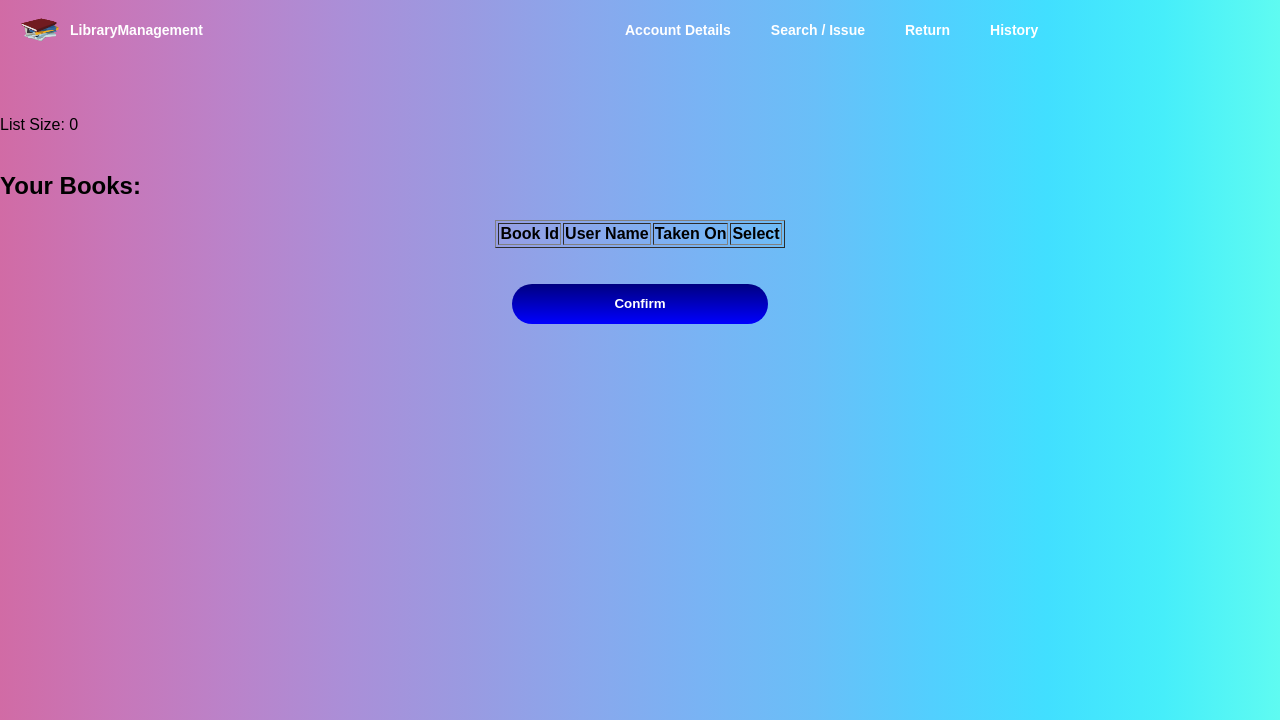
Repository: amitSai12/CMS
Page: http://localhost/LibraryManagementDemo/TranBook.jsp
These files come from the project's save history. The page is drawn as it stood at one moment and after the next save; the edit follows.
The browser window is 1280 px wide. The pictures show the whole page.
The page is served by Tomcat 9. Queries for data that is not in the repository find no rows.

Above is the page before, as saved 2023-10-01 21:39:44.

After the next save:
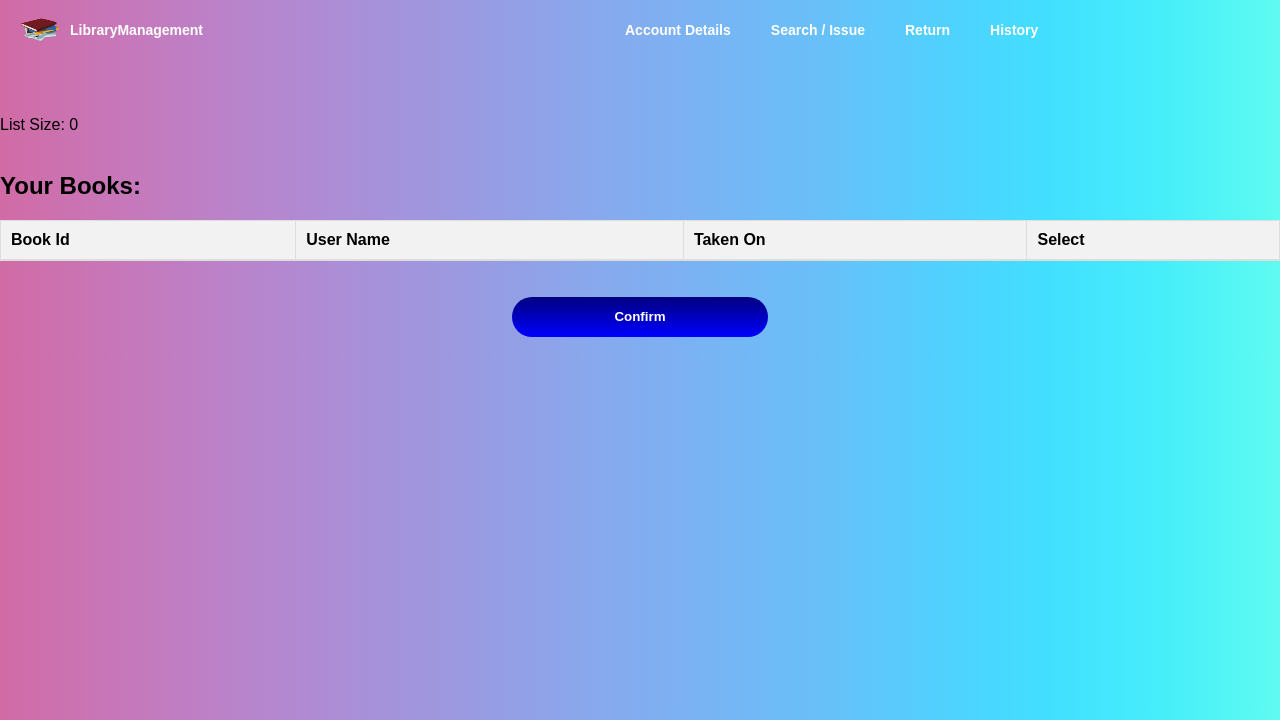
Saved 119 s later.
--- a/Day1_Thu/LibraryManagementDemo/src/main/webapp/TranBook.jsp
+++ b/Day1_Thu/LibraryManagementDemo/src/main/webapp/TranBook.jsp
@@ -11,7 +11,7 @@
 <head>
 <meta charset="ISO-8859-1">
 <title>Insert title here</title>
-<link rel="stylesheet" href="menu.css">
+ <link rel="stylesheet" href="AllBooks.css">
 </head>
 <body>
 	<jsp:include page="Menu.jsp" />
